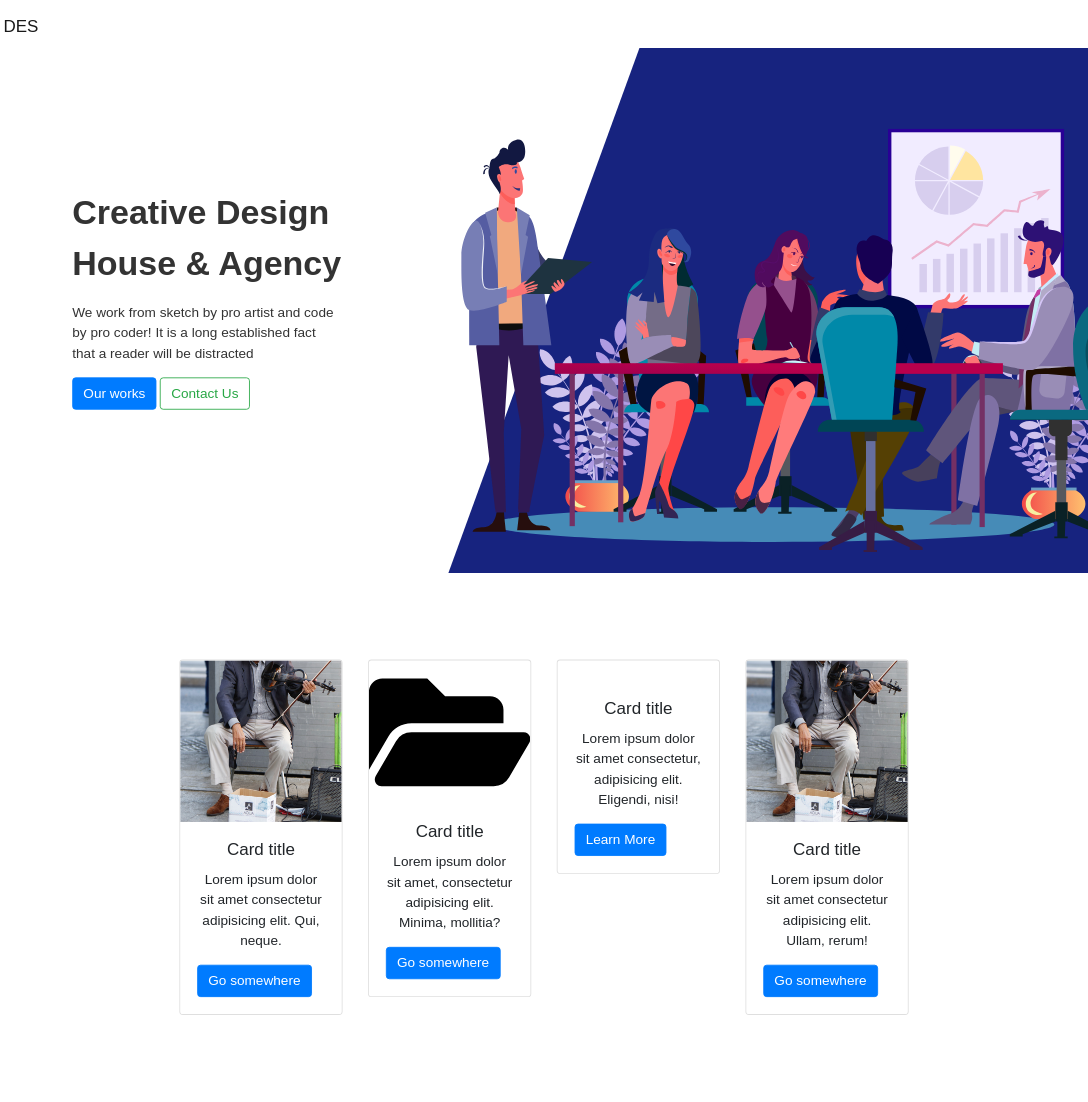
Repository: stephenkayade/Tarm
Page: index.html
The author's editor kept a copy of each file at every save. The page is drawn from the files as they stood at one save, then again after the next save.
The browser window is 1280 px wide. The pictures show the whole page, at 85% of full size.

Above is the page before, as saved 2020-05-07 11:43:15.

### index.html
<!DOCTYPE html>
<html lang="en">

<head>
    <meta charset="UTF-8">
    <meta name="viewport" content="width=device-width, initial-scale=1.0">
    <link rel="stylesheet" href="https://stackpath.bootstrapcdn.com/bootstrap/4.4.1/css/bootstrap.min.css"
        integrity="sha384-Vkoo8x4CGsO3+Hhxv8T/Q5PaXtkKtu6ug5TOeNV6gBiFeWPGFN9MuhOf23Q9Ifjh" crossorigin="anonymous">
    <script src="https://code.jquery.com/jquery-3.4.1.slim.min.js"
        integrity="sha384-J6qa4849blE2+poT4WnyKhv5vZF5SrPo0iEjwBvKU7imGFAV0wwj1yYfoRSJoZ+n"
        crossorigin="anonymous"></script>

    <script src="https://stackpath.bootstrapcdn.com/bootstrap/4.4.1/js/bootstrap.min.js"
        integrity="sha384-wfSDF2E50Y2D1uUdj0O3uMBJnjuUD4Ih7YwaYd1iqfktj0Uod8GCExl3Og8ifwB6"
        crossorigin="anonymous"></script>
    <link rel="stylesheet" href="https://stackpath.bootstrapcdn.com/font-awesome/4.7.0/css/font-awesome.min.css">
    <link rel="stylesheet" href="css/style.css">
    <title>Document</title>
</head>

<body>
    <section id="nav-bar">
        <nav class="navbar navbar-expand-lg navbar-light">
            <!-- <h1>DES</h1> -->
            <h1><a class="navbar-brand ml-1" href="#">DES</a></h1>
            <button class="navbar-toggler" type="button" data-toggle="collapse" data-target="#navbarNav"
                aria-controls="navbarNav" aria-expanded="false" aria-label="Toggle navigation">
                <i class="fa fa-bars"></i>
            </button>

            <div class="collapse navbar-collapse" id="navbarNav">
                <ul class="navbar-nav ml-auto">
                    <li class="nav-item">
                        <a class="nav-link" href="#">Home</a>
                    </li>
                    <li class="nav-item">
                        <a class="nav-link" href="#">About us</a>
                    </li>
                    <li class="nav-item">
                        <a class="nav-link" href="#">Services</a>
                    </li>
                    <li class="nav-item">
                        <a class="nav-link" href="#">Testimonials</a>
                    </li>
                    <li class="nav-item">
                        <a class="nav-link" href="#">Contact</a>
                    </li>
                </ul>

            </div>
        </nav>

    </section>

    <!---------------------------banner---------------------------->
    <section id="banner">
        <div class="container">
            <div class="row">
                <div class="col-md-6">
                    <p class="promo-title">Creative Design <br>House & Agency</p>
                    <p>We work from sketch by pro artist and code <br>
                        by pro coder! It is a long established fact <br>
                        that a reader will be distracted</p>
                    <div class="btn-control">
                        <div class="btn btn-primary">Our works</div>
                        <div class="btn btn-outline-success">Contact Us</div>
                    </div>
                </div>

            </div>
        </div>
    </section>

    <section id="img">
        <div class="row">
            <div class="col-md-auto">
                <div class="card" style="width: 12rem;">
                    <img src="./img/man-street-sitting-hat-2995066.jpg" class="card-img-top" alt="...">
                    <div class="card-body">
                        <h5 class="card-title text-center">Card title</h5>
                        <p class="card-text text-center">Lorem ipsum dolor sit amet consectetur adipisicing elit. Qui, neque.</p>
                        <a href="#" class="btn btn-primary">Go somewhere</a>
                    </div>
                </div>
            </div>
            <div class="col-md-auto">
                <div class="card" style="width: 12rem;">
                    <img src="./img/folder-open-solid.svg" class="card-img-center" alt="...">
                    <div class="card-body">
                        <h5 class="card-title text-center">Card title</h5>
                        <p class="card-text text-center">Lorem ipsum dolor sit amet, consectetur adipisicing elit. Minima, mollitia?</p>
                        <a href="#" class="btn btn-primary">Go somewhere</a>
                    </div>
                </div>
            </div>
            <div class="col-md-auto">
                <div class="card" style="width: 12rem;">
                    <!-- <img src="./img/man-street-sitting-hat-2995066.jpg" class="card-img-top" alt="..."> -->
                    <span class="card-img-top"><i class="fas fa-folder-open"></i></span>
                    <div class="card-body">
                        <h5 class="card-title text-center">Card title</h5>
                        <p class="card-text text-center">Lorem ipsum dolor sit amet consectetur, adipisicing elit. Eligendi, nisi!</p>
                        <a href="#" class="btn btn-primary">Learn More</a>
                    </div>
                </div>
            </div>
            <div class="col-md-auto">
                <div class="card" style="width: 12rem;">
                    <img src="./img/man-street-sitting-hat-2995066.jpg" class="card-img-top" alt="...">
                    <div class="card-body">
                        <h5 class="card-title text-center">Card title</h5>
                        <p class="card-text text-center">Lorem ipsum dolor sit amet consectetur adipisicing elit. Ullam, rerum!</p>
                        <a href="#" class="btn btn-primary">Go somewhere</a>
                    </div>
                </div>
            </div>
        </div>
    </section>

    <section id="ceo">
        <div class="row">
            <div class="col-md-auto">

            </div>
        </div>
    </section>
    <section id="recommendation">

    </section>


</body>

</html>

### css/style.css
*{
    margin: 0;
    padding: 0;
}
body{
    font-family: sans-serif;
}
#nav-bar{
    position: sticky;
    top: 0;
    z-index: 10;
}
.navbar{
    background-image: cross-fade(to right, #fff,#17237f);
    padding: 0 !important;
}
.navbar-brand img{
    height:40px;
    padding-left: 20px;
}
.navbar-nav li{
    padding: 0 10px;

}
.navbar-nav li a{
    color: #fff !important;
    font-weight: 600;
    float: right;
    text-align: left;
}
.fa-bars{
    color: #fff;
    font-size: 30px !important;
}
#img{
    display: flex;
    flex-direction: row;
    justify-content: center;
    padding: 8%
}


/* ------------banner section-------------------- */
#banner{
    background: url('/img/adj.svg') no-repeat center center/cover;
    color: #333;
    padding-top: 5%;
    padding-bottom: 15%;
}
.promo-title{
    font-size: 40px;
    font-weight: 600;
    margin-top:100px ;
}
.play-btn{
    width:45px;
    margin: 20px;
}
#banner a{
    color: #fff;
    text-decoration: none;
}
.bottom-img{
    width: 100%;
}
/* ---------------------services section---------------------- */
#services{
    padding: 80px 0;
}
.service-img{
    width: 140px;
    margin-top: 20px;
}
.services{
    padding: 20px;
}
.services h4{
    padding: 5px;
    margin-top: 25px;
    text-transform: uppercase;
}
.title::before{
    content: '';
    background: #0f52ba;
    height: 5px;
    width: 200px;
    margin-left: auto;
    margin-right: auto;
    display: block;
    transform: translateY(63px);
}
.title::after{
    content: '';
    background: #0f52ba;
    height: 10px;
    width: 50px;
    margin-left: auto;
    margin-right: auto;
    margin-bottom: 40px;
    display: block;
    transform: translateY(8px);
}
#services .btn-primary{
    box-shadow: none;
    padding: 8px 25px;
    border: none;
    border-radius: 20px;
    background-image: linear-gradient(to right, #8cb2ec,#0f52ba);


}

After the next save:
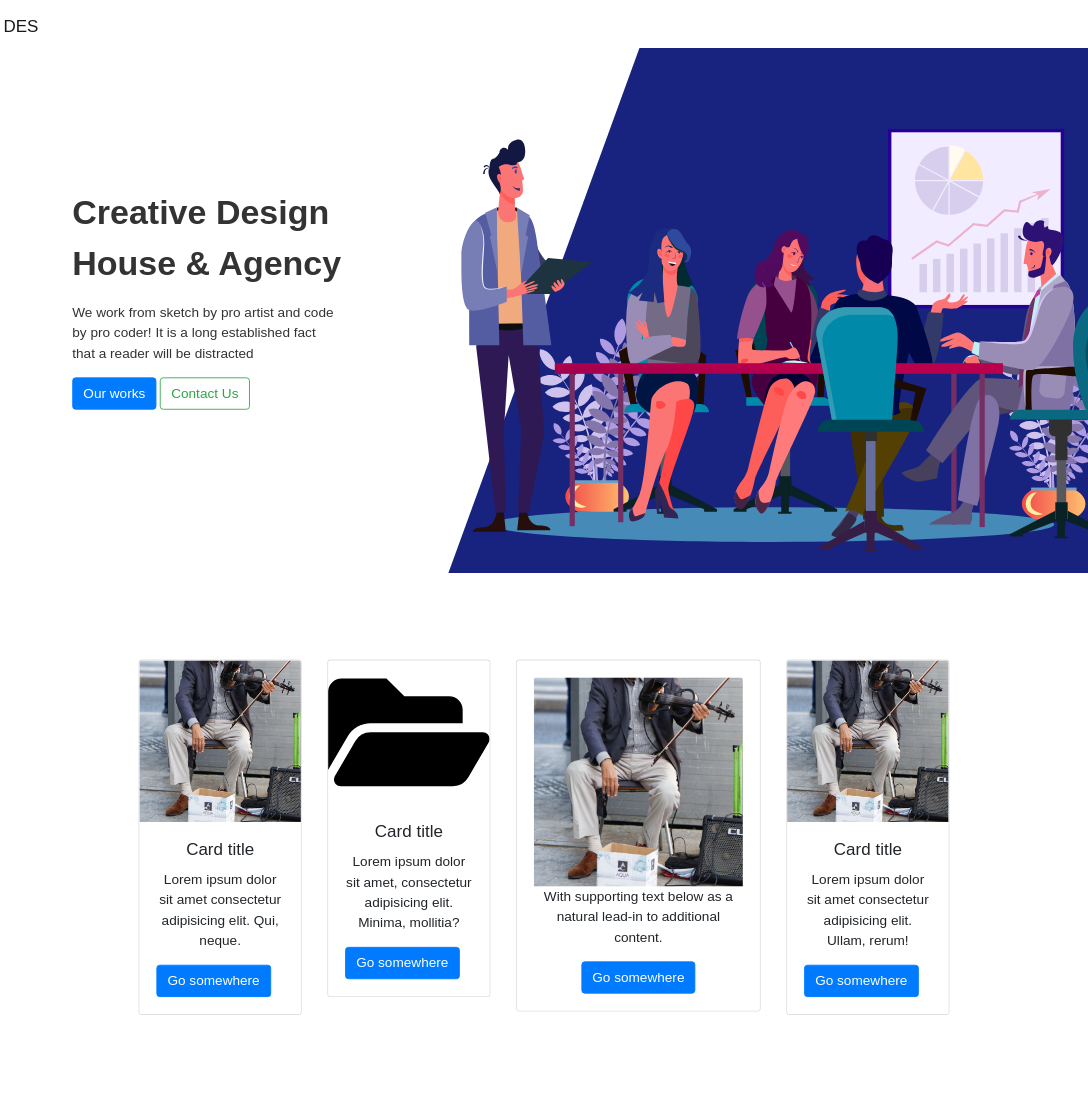
Saved 4 min 55 s later.
--- a/index.html
+++ b/index.html
@@ -78,7 +78,8 @@
                     <img src="./img/man-street-sitting-hat-2995066.jpg" class="card-img-top" alt="...">
                     <div class="card-body">
                         <h5 class="card-title text-center">Card title</h5>
-                        <p class="card-text text-center">Lorem ipsum dolor sit amet consectetur adipisicing elit. Qui, neque.</p>
+                        <p class="card-text text-center">Lorem ipsum dolor sit amet consectetur adipisicing elit. Qui,
+                            neque.</p>
                         <a href="#" class="btn btn-primary">Go somewhere</a>
                     </div>
                 </div>
@@ -88,19 +89,29 @@
                     <img src="./img/folder-open-solid.svg" class="card-img-center" alt="...">
                     <div class="card-body">
                         <h5 class="card-title text-center">Card title</h5>
-                        <p class="card-text text-center">Lorem ipsum dolor sit amet, consectetur adipisicing elit. Minima, mollitia?</p>
+                        <p class="card-text text-center">Lorem ipsum dolor sit amet, consectetur adipisicing elit.
+                            Minima, mollitia?</p>
                         <a href="#" class="btn btn-primary">Go somewhere</a>
                     </div>
                 </div>
             </div>
             <div class="col-md-auto">
-                <div class="card" style="width: 12rem;">
-                    <!-- <img src="./img/man-street-sitting-hat-2995066.jpg" class="card-img-top" alt="..."> -->
+                <!-- <div class="card" style="width: 12rem;">
+                    <img src="./img/man-street-sitting-hat-2995066.jpg" class="card-img-top" alt="...">
                     <span class="card-img-top"><i class="fas fa-folder-open"></i></span>
                     <div class="card-body">
                         <h5 class="card-title text-center">Card title</h5>
                         <p class="card-text text-center">Lorem ipsum dolor sit amet consectetur, adipisicing elit. Eligendi, nisi!</p>
-                        <a href="#" class="btn btn-primary">Learn More</a>
+                        <a href="#" class="btn btn-primary ">Learn More</a>
+                    </div>
+                </div> -->
+
+                <div class="card text-center" style="width: 18rem;">
+                    <div class="card-body">
+                        <img src="./img/man-street-sitting-hat-2995066.jpg" class="card-img-top" alt="...">
+
+                        <p class="card-text">With supporting text below as a natural lead-in to additional content.</p>
+                        <a href="#" class="btn btn-primary">Go somewhere</a>
                     </div>
                 </div>
             </div>
@@ -109,7 +120,8 @@
                     <img src="./img/man-street-sitting-hat-2995066.jpg" class="card-img-top" alt="...">
                     <div class="card-body">
                         <h5 class="card-title text-center">Card title</h5>
-                        <p class="card-text text-center">Lorem ipsum dolor sit amet consectetur adipisicing elit. Ullam, rerum!</p>
+                        <p class="card-text text-center">Lorem ipsum dolor sit amet consectetur adipisicing elit. Ullam,
+                            rerum!</p>
                         <a href="#" class="btn btn-primary">Go somewhere</a>
                     </div>
                 </div>
